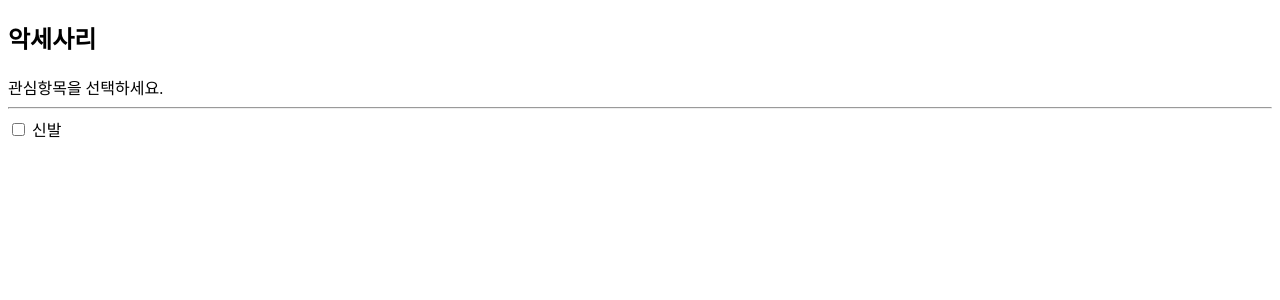
Repository: yjeongyjeong/jsp
Page: http://localhost/web-study-02/05_checkbox.jsp
An editor plug-in stored every save of this project. The page is shown before and after the next save, followed by the edit.
The browser window is 1280 px wide. The pictures show the whole page.
The page is served by Tomcat 9.

Above is the page before, as saved 2023-10-10 07:56:44.

After the next save:
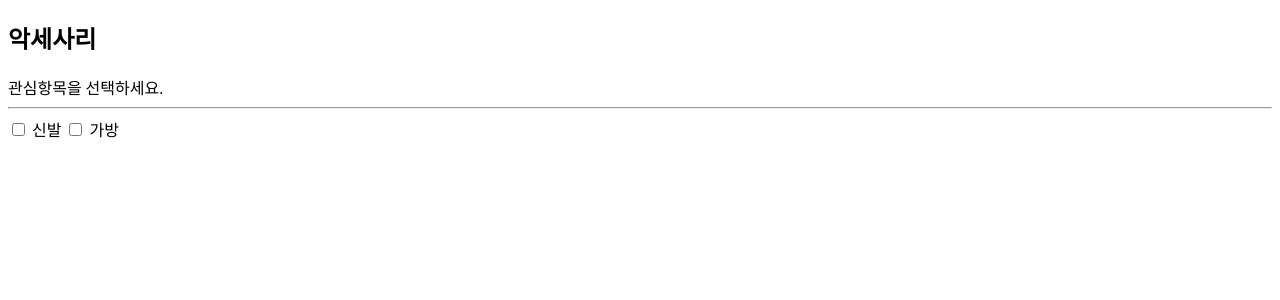
Saved 31 s later.
--- a/web-study-02/src/main/webapp/05_checkbox.jsp
+++ b/web-study-02/src/main/webapp/05_checkbox.jsp
@@ -12,6 +12,7 @@
 
 <form action="CheckboxServlet" method="get">
 	<input type="checkbox" name="item" value="신발"> 신발
+	<input type="checkbox" name="item" value="가방"> 가방
 
 </form>
 
